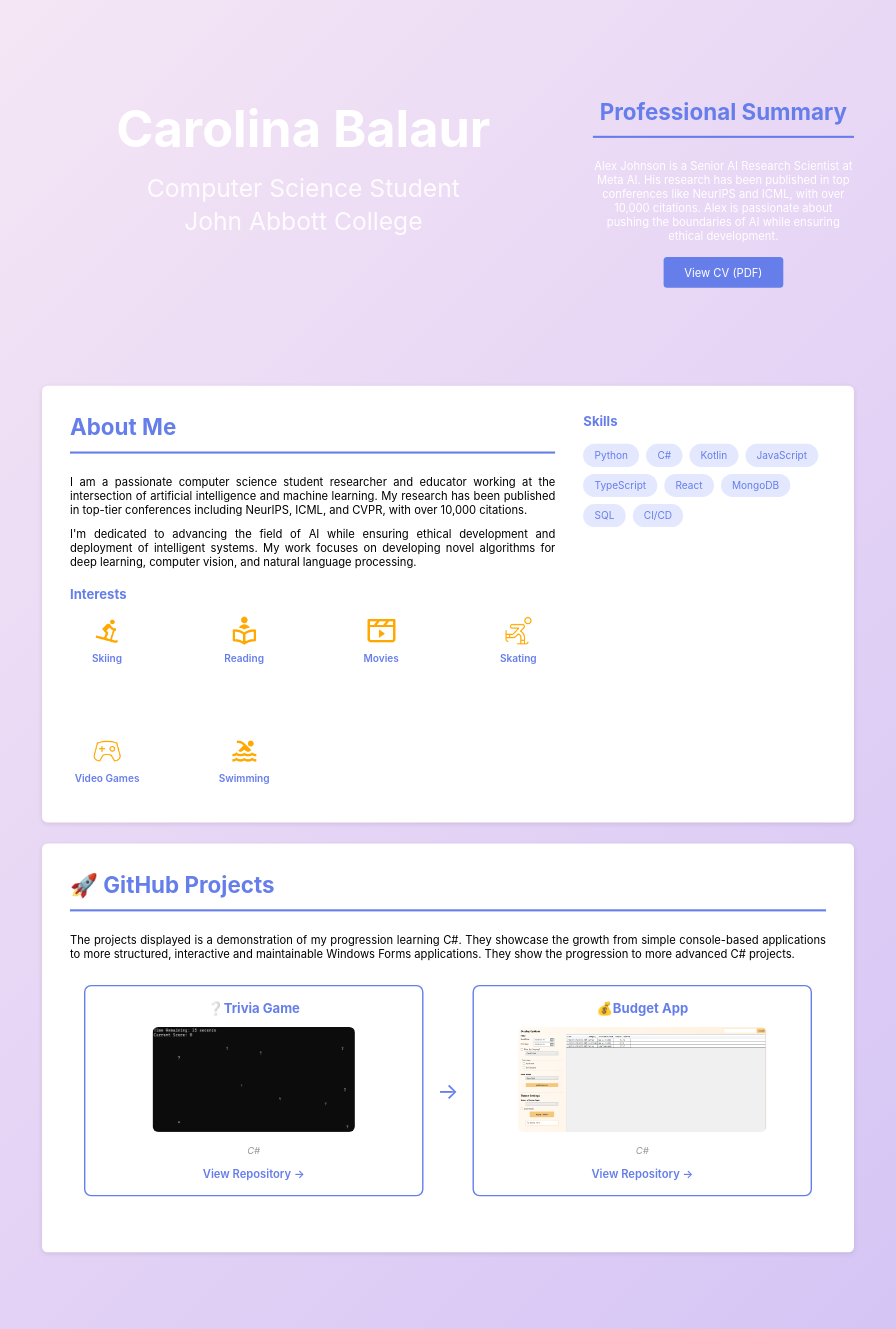
Repository: cocobalaur/portfolio
Page: index.html
An editor plug-in stored every save of this project. The page is shown before and after the next save, followed by the edit.
The browser window is 1280 px wide. The pictures show the whole page, at 70% of full size.

Above is the page before, as saved 2025-12-06 23:36:06.

After the next save:
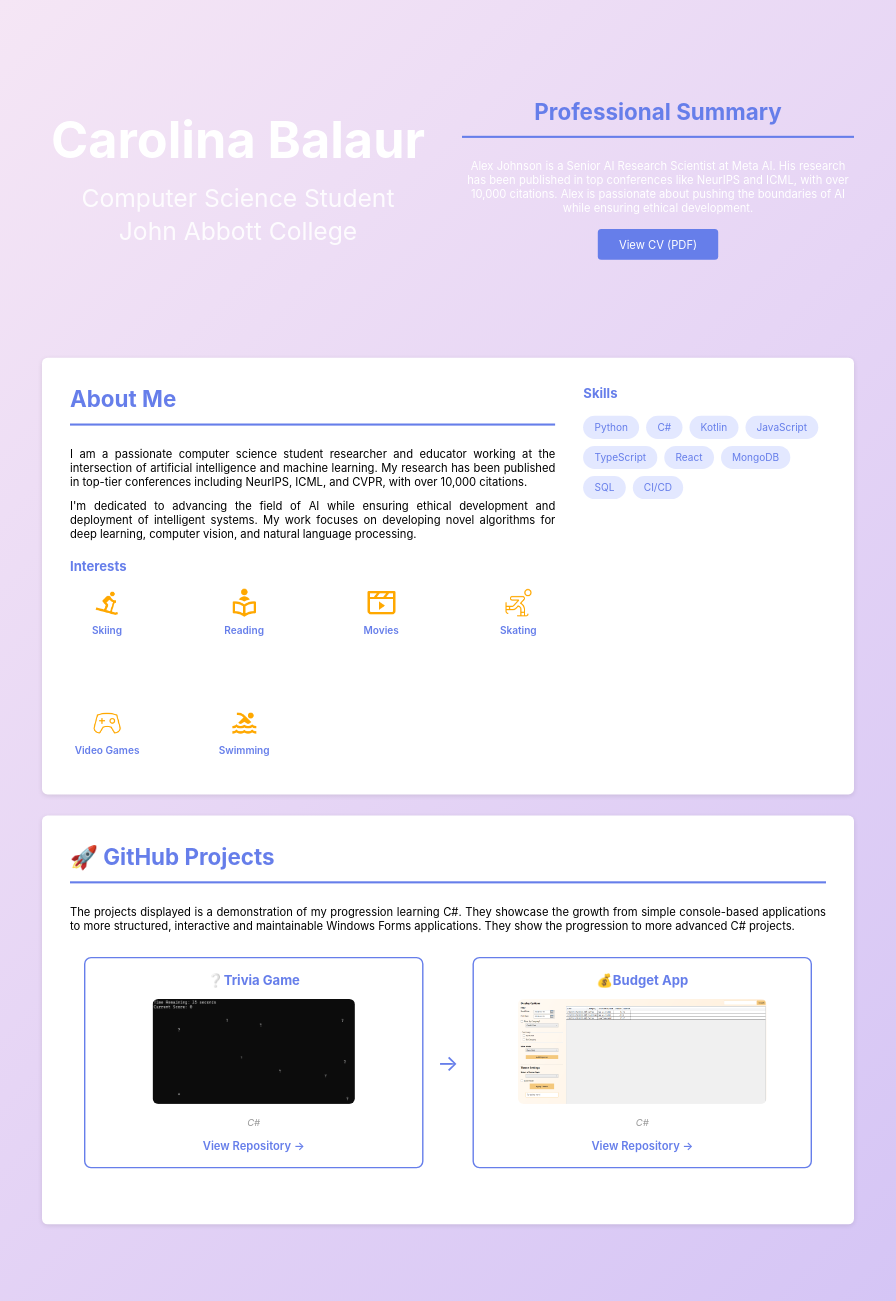
Saved 6 min 10 s later.
--- a/index.html
+++ b/index.html
@@ -12,8 +12,8 @@
     <header class="header">
         <div class="container">
             <section id="bio">
-                <div class="bio-section">
-                    <div class="bio-content">
+                <div class="header-section">
+                    <div class="header-content">
                         <h1>Carolina Balaur</h1>
                         <p class="title">Computer Science Student</p>
                         <p class="title">John Abbott College</p>
--- a/style.css
+++ b/style.css
@@ -16,6 +16,8 @@ body {
   color: white;
   padding: 60px 20px;
   text-align: center;
+
+
 }
 
 .header h1 {
@@ -81,6 +83,19 @@ nav a:hover {
   margin-bottom: 30px;
   padding-bottom: 15px;
   border-bottom: 3px solid #667eea;
+}
+
+.header-section {
+    display: grid;
+    grid-template-columns: 1.5fr 1.5fr;
+    align-items: center;
+    gap: 40px;
+    width: 100%;
+}
+
+.header-content {
+    flex: 1;
+    width: 100%;
 }
 
 .bio-section {
